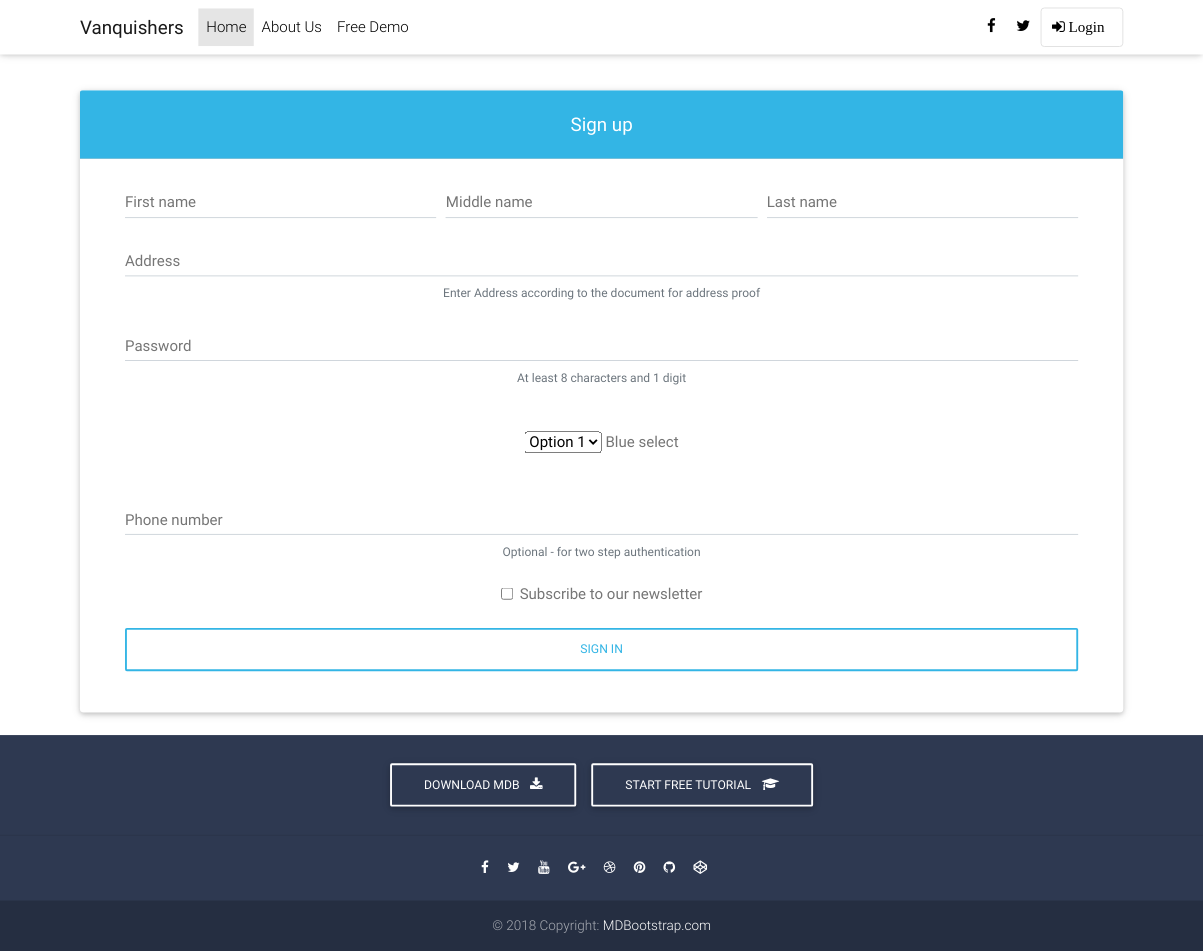
Repository: KJSCEhack/KJSCE_Vanquishers
Page: http://localhost/demo.php
These files come from the project's save history. The page is drawn as it stood at one moment and after the next save; the edit follows.
The browser window is 1280 px wide. The pictures show the whole page, at 94% of full size.
The page is run by PHP 8.4 with error messages shown; the project is at /var/www/html/.

Above is the page before, as saved 2018-10-06 09:15:10.

### demo.php
<?php
$hostname="localhost";
$dbname="kjsce_hackathon";
$Username="root";
$Password="qweasdzxc";

$conn = mysqli_connect($hostname,$Username,$Password,$dbname);

if(!$conn)
{
    die("connection failed:" .mysqli_connect_error());

}
mysqli_close($conn);

?>
<!DOCTYPE html>
<html lang="en">

<head>
    <meta charset="utf-8">
    <meta name="viewport" content="width=device-width, initial-scale=1, shrink-to-fit=no">
    <meta http-equiv="x-ua-compatible" content="ie=edge">
    <title>Material Design Bootstrap</title>
    <!-- Font Awesome -->
    <link rel="stylesheet" href="https://maxcdn.bootstrapcdn.com/font-awesome/4.7.0/css/font-awesome.min.css">
    <!-- Bootstrap core CSS -->
    <link href="css/bootstrap.min.css" rel="stylesheet">
    <!-- Material Design Bootstrap -->
    <link href="css/mdb.min.css" rel="stylesheet">
    <!-- Your custom styles (optional) -->
    <link href="css/style.min.css" rel="stylesheet">
</head>

<body>

    <!--Main Navigation-->
    <header>

        <!-- Navbar -->
        <nav class="navbar fixed-top navbar-expand-lg navbar-light white scrolling-navbar">
            <div class="container">

                <!-- Brand -->
      <a class="navbar-brand" href="https://mdbootstrap.com/material-design-for-bootstrap/" target="_blank">
        <strong>Vanquishers</strong>
      </a>

      <!-- Collapse -->
      <button class="navbar-toggler" type="button" data-toggle="collapse" data-target="#navbarSupportedContent" aria-controls="navbarSupportedContent"
        aria-expanded="false" aria-label="Toggle navigation">
        <span class="navbar-toggler-icon"></span>
      </button>

      <!-- Links -->
      <div class="collapse navbar-collapse" id="navbarSupportedContent">

        <!-- Left -->
        <ul class="navbar-nav mr-auto">
          <li class="nav-item active">
            <a class="nav-link" href="#">Home
              <span class="sr-only">(current)</span>
            </a>
          </li>
          <li class="nav-item">
            <a class="nav-link" href="https://mdbootstrap.com/material-design-for-bootstrap/" target="_blank">About Us</a>
          </li>
          <li class="nav-item">
            <a class="nav-link" href="https://mdbootstrap.com/getting-started/" target="_blank">Free Demo</a>
          </li>
        </ul>

        <!-- Right -->
        <ul class="navbar-nav nav-flex-icons">
          <li class="nav-item">
            <a href="https://www.facebook.com/mdbootstrap" class="nav-link" target="_blank">
              <i class="fa fa-facebook"></i>
            </a>
          </li>
          <li class="nav-item">
            <a href="https://twitter.com/MDBootstrap" class="nav-link" target="_blank">
              <i class="fa fa-twitter"></i>
            </a>
          </li>
          <li class="nav-item">
            <a href="login_page.html" class="nav-link border border-light rounded"
              target="_blank">
              <i class="fa fa-sign-in mr-2">           Login</i>
            </a>
          </li>
        </ul>

      </div>

            </div>
        </nav>
        <!-- Navbar -->

    </header>
    <!--Main Navigation-->

    <!--Main layout-->
    <main class="mt-5 pt-5">
        <div class="container">
            <!-- Material form register -->
            <div class="card">

            <h5 class="card-header info-color white-text text-center py-4">
                <strong>Sign up</strong>
            </h5>

            <!--Card content-->
            <div class="card-body px-lg-5 pt-0">

                <!-- Form -->
                <form class="text-center" style="color: #757575;">

                    <div class="form-row">
                        <div class="col">
                            <!-- First name -->
                            <div class="md-form">
                                <input type="text" id="materialRegisterFormFirstName" class="form-control">
                                <label for="materialRegisterFormFirstName">First name</label>
                            </div>
                        </div>
                        <div class="col">
                            <!-- Last name -->
                            <div class="md-form">
                                <input type="text" id="materialRegisterFormMiddleName" class="form-control">
                                <label for="materialRegisterFormMiddleName">Middle name</label>
                            </div>
                        </div>
                        <div class="col">
                            <!-- Last name -->
                            <div class="md-form">
                                <input type="text" id="materialRegisterFormLastName" class="form-control">
                                <label for="materialRegisterFormLastName">Last name</label>
                            </div>
                        </div>
                    </div>

                    <!-- Address -->
                    <div class="md-form mt-0">
                        <input type="text" id="materialRegisterFormAddress" class="form-control">
                        <label for="materialRegisterFormAddress">Address</label>
                        <small id="materialRegisterFormPasswordHelpBlock" class="form-text text-muted mb-4">
                            Enter Address according to the document for address proof
                        </small>
                    </div>

                    <!-- Password -->
                    <div class="md-form">
                        <input type="password" id="materialRegisterFormPassword" class="form-control" aria-describedby="materialRegisterFormPasswordHelpBlock">
                        <label for="materialRegisterFormPassword">Password</label>
                        <small id="materialRegisterFormPasswordHelpBlock" class="form-text text-muted mb-4">
                            At least 8 characters and 1 digit
                        </small>
                    </div>

                    <div>
                        <select class="mdb-select md-form colorful-select dropdown-primary">
                            <option value="1">Option 1</option>
                            <option value="2">Option 2</option>
                            <option value="3">Option 3</option>
                            <option value="4">Option 4</option>
                            <option value="5">Option 5</option>
                        </select>
                        <label>Blue select</label>
                    </div>

                    <!-- Phone number -->
                    <div class="md-form">
                        <input type="password" id="materialRegisterFormPhone" class="form-control" aria-describedby="materialRegisterFormPhoneHelpBlock">
                        <label for="materialRegisterFormPhone">Phone number</label>
                        <small id="materialRegisterFormPhoneHelpBlock" class="form-text text-muted mb-4">
                            Optional - for two step authentication
                        </small>
                    </div>

                    <!-- Newsletter -->
                    <div class="form-check">
                        <input type="checkbox" class="form-check-input" id="materialRegisterFormNewsletter">
                        <label class="form-check-label" for="materialRegisterFormNewsletter">Subscribe to our newsletter</label>
                    </div>

                    <!-- Sign up button -->
                    <button class="btn btn-outline-info btn-rounded btn-block my-4 waves-effect z-depth-0" type="submit">Sign in</button>

                </form>
                <!-- Form -->

            </div>

            </div>
            <!-- Material form register -->
        </div>
    </main>
    <!--Footer-->
    <footer class="page-footer text-center font-small mdb-color darken-2 mt-4 wow fadeIn">

        <!--Call to action-->
        <div class="pt-4">
            <a class="btn btn-outline-white" href="https://mdbootstrap.com/getting-started/" target="_blank" role="button">Download MDB
                <i class="fa fa-download ml-2"></i>
            </a>
            <a class="btn btn-outline-white" href="https://mdbootstrap.com/bootstrap-tutorial/" target="_blank" role="button">Start free tutorial
                <i class="fa fa-graduation-cap ml-2"></i>
            </a>
        </div>
        <!--/.Call to action-->

        <hr class="my-4">

        <!-- Social icons -->
        <div class="pb-4">
            <a href="https://www.facebook.com/mdbootstrap" target="_blank">
                <i class="fa fa-facebook mr-3"></i>
            </a>

            <a href="https://twitter.com/MDBootstrap" target="_blank">
                <i class="fa fa-twitter mr-3"></i>
            </a>

            <a href="https://www.youtube.com/watch?v=7MUISDJ5ZZ4" target="_blank">
                <i class="fa fa-youtube mr-3"></i>
            </a>

            <a href="https://plus.google.com/u/0/b/107863090883699620484" target="_blank">
                <i class="fa fa-google-plus mr-3"></i>
            </a>

            <a href="https://dribbble.com/mdbootstrap" target="_blank">
                <i class="fa fa-dribbble mr-3"></i>
            </a>

            <a href="https://pinterest.com/mdbootstrap" target="_blank">
                <i class="fa fa-pinterest mr-3"></i>
            </a>

            <a href="https://github.com/mdbootstrap/bootstrap-material-design" target="_blank">
                <i class="fa fa-github mr-3"></i>
            </a>

            <a href="http://codepen.io/mdbootstrap/" target="_blank">
                <i class="fa fa-codepen mr-3"></i>
            </a>
        </div>
        <!-- Social icons -->

        <!--Copyright-->
        <div class="footer-copyright py-3">
            © 2018 Copyright:
            <a href="https://mdbootstrap.com/bootstrap-tutorial/" target="_blank"> MDBootstrap.com </a>
        </div>
        <!--/.Copyright-->

    </footer>
    <!--/.Footer-->

    <!-- SCRIPTS -->
    <!-- JQuery -->
    <script type="text/javascript" src="js/jquery-3.3.1.min.js"></script>
    <!-- Bootstrap tooltips -->
    <script type="text/javascript" src="js/popper.min.js"></script>
    <!-- Bootstrap core JavaScript -->
    <script type="text/javascript" src="js/bootstrap.min.js"></script>
    <!-- MDB core JavaScript -->
    <script type="text/javascript" src="js/mdb.min.js"></script>
    <!-- Initializations -->
    <script type="text/javascript">
        // Animations initialization
        new WOW().init();
    </script>
</body>

</html>

Loaded but not shown: css/bootstrap.min.css (library); css/mdb.min.css (library); css/style.min.css (common file); js/jquery-3.3.1.min.js (library); js/popper.min.js (library); js/bootstrap.min.js (library); js/mdb.min.js (library)

After the next save:
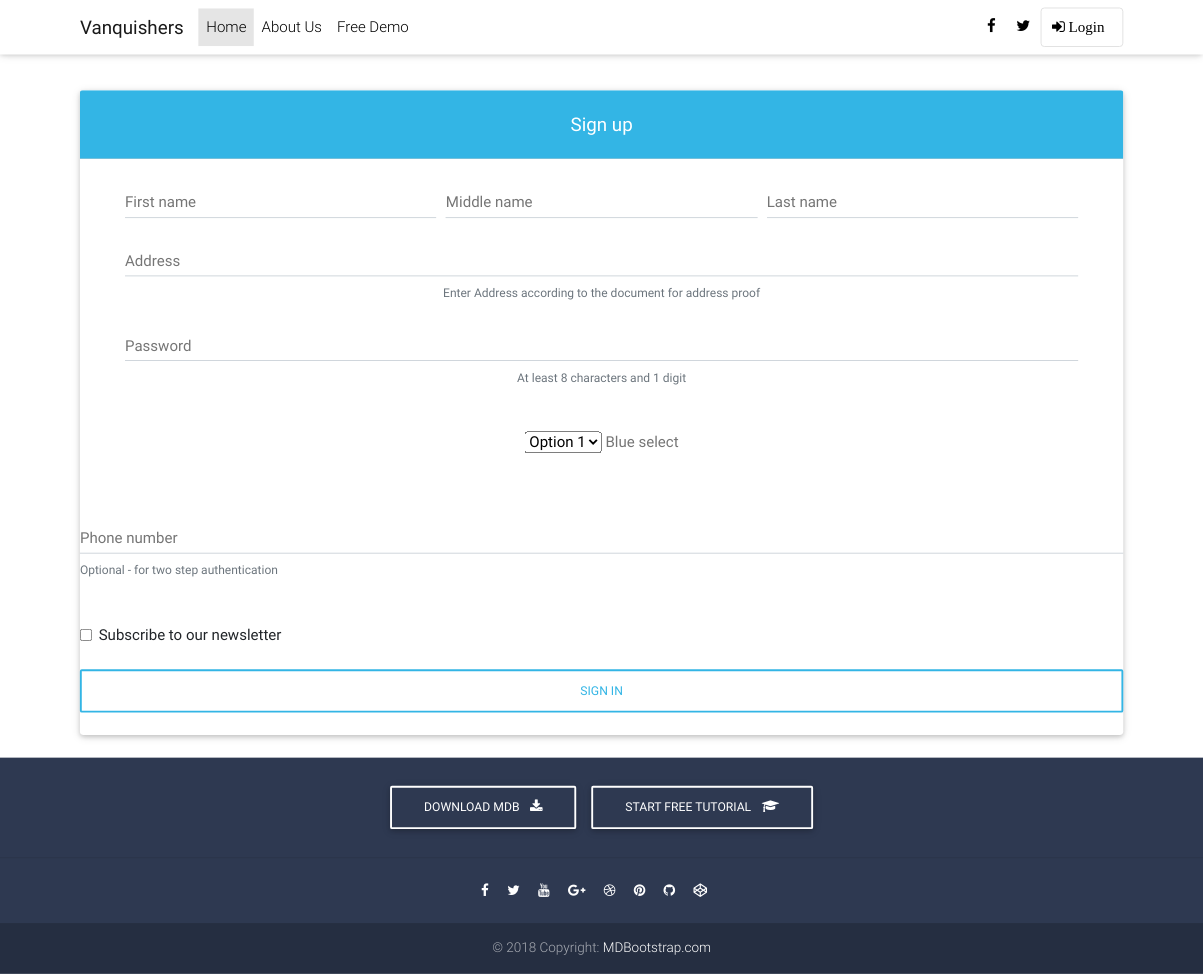
Saved 6 s later.
--- a/demo.php
+++ b/demo.php
@@ -157,7 +157,7 @@ mysqli_close($conn);
                         </small>
                     </div>
 
-                    <div>
+                    <divclass="md-form">
                         <select class="mdb-select md-form colorful-select dropdown-primary">
                             <option value="1">Option 1</option>
                             <option value="2">Option 2</option>
